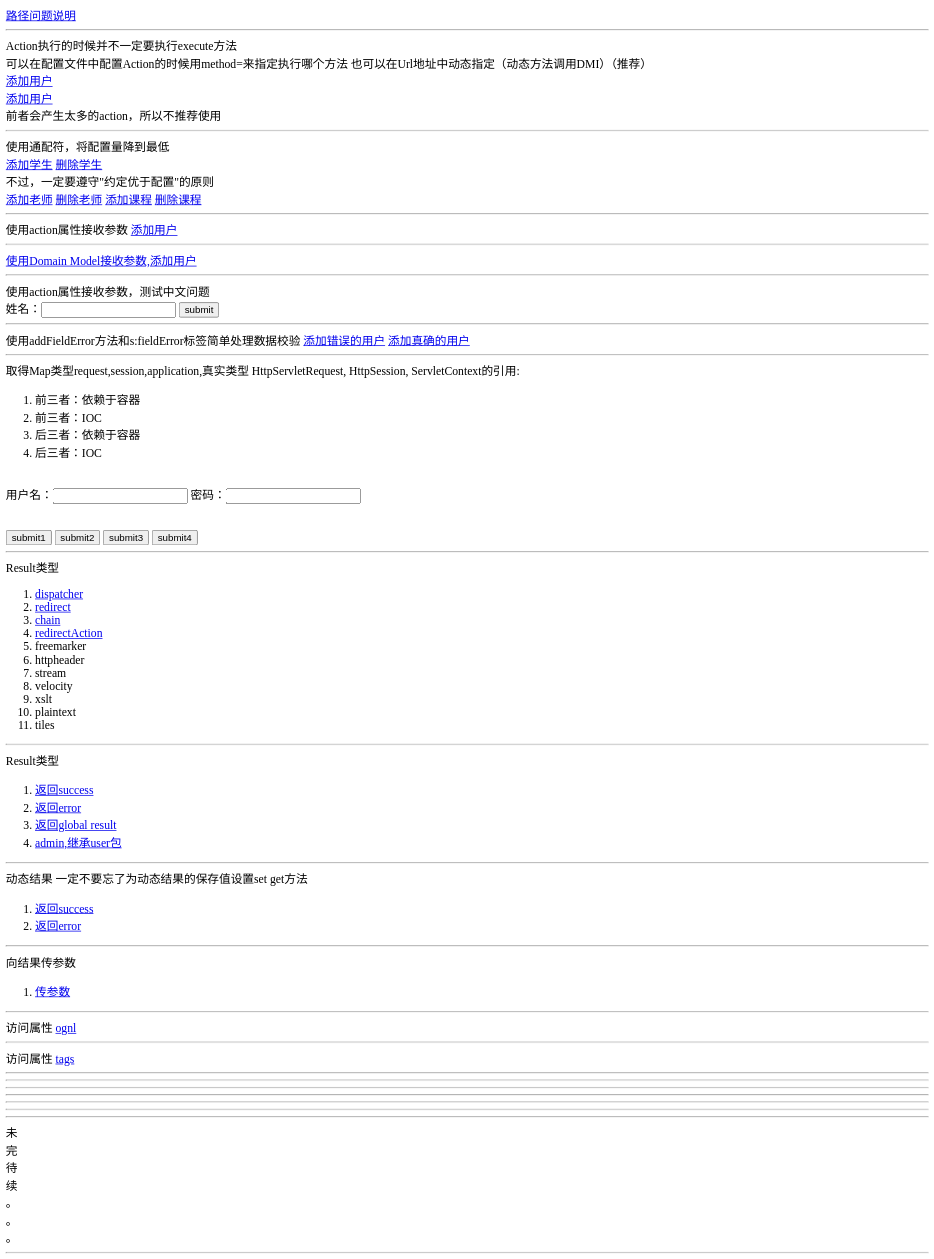
Repository: chellong/StrutsBasic
Page: http://localhost/Struts2.3Sx_1/
These files come from the project's save history. The page is drawn as it stood at one moment and after the next save; the edit follows.
The browser window is 1280 px wide. The pictures show the whole page, at 73% of full size.
The page is served by Tomcat 9. Nobody is signed in. The application's start-up code is not run. Other server files are loaded and not shown.

Above is the page before, as saved 2016-01-27 12:57:46.

### Struts2.3Sx_1/WebContent/index.jsp
<?xml version="1.0" encoding="utf-8" ?>
<%@ page language="java" contentType="text/html; charset=utf-8"
	pageEncoding="utf-8"%>

<%
	String path = request.getContextPath();
	String basePath = request.getScheme() + "://" + request.getServerName() + ":" + request.getServerPort()
			+ path + "/";
%>

<!DOCTYPE html PUBLIC "-//W3C//DTD XHTML 1.0 Transitional//EN" "http://www.w3.org/TR/xhtml1/DTD/xhtml1-transitional.dtd">

<html xmlns="http://www.w3.org/1999/xhtml">
<head>
<base href="<%=basePath%>" />
<meta http-equiv="Content-Type" content="text/html; charset=GB18030" />
<title>Insert title here</title>
</head>
<body>
	<a href="path/path.action">路径问题说明</a>
	<hr style="border: 1 dashed #987cb9" />
	Action执行的时候并不一定要执行execute方法
	<br /> 可以在配置文件中配置Action的时候用method=来指定执行哪个方法
	也可以在Url地址中动态指定（动态方法调用DMI）（推荐）
	<br />
	<a href="/user/userAdd">添加用户</a>
	<br />
	<a href="/user/user!add">添加用户</a>
	<br /> 前者会产生太多的action，所以不推荐使用

	<hr style="border: 1 dashed #987cb9" />

	使用通配符，将配置量降到最低
	<br />
	<a href="/actions/Studentadd">添加学生</a>
	<a href="/actions/Studentdelete">删除学生</a>
	<br /> 不过，一定要遵守"约定优于配置"的原则
	<br />
	<a href="/actions/Teacher_add">添加老师</a>
	<a href="/actions/Teacher_delete">删除老师</a>
	<a href="/actions/Course_add">添加课程</a>
	<a href="/actions/Course_delete">删除课程</a>

	<hr style="border: 1 dashed #987cb9" />
	使用action属性接收参数
	<a href="user/user_007?name=a&age=8">添加用户</a>

	<hr style="border: 1 dashed #987cb9" />
	<a href="user/user_008?user.name=a&user.age=8">使用Domain
		Model接收参数,添加用户</a>

	<!--中文问题 -->
	<hr style="border: 1 dashed #987cb9" />
	使用action属性接收参数，测试中文问题
	<form action="user/user_008" method="post">
		姓名：<input type="text" name="name"></input> <input type="submit"
			value="submit" />
	</form>
	<!--数据验证 -->
	<hr style="border: 1 dashed #987cb9" />
	使用addFieldError方法和s:fieldError标签简单处理数据校验
	<a href="user/user_009?name=a">添加错误的用户</a>
	<a href="user/user_009?name=admin">添加真确的用户</a>

	<hr style="border: 1 dashed #987cb9" />
	取得Map类型request,session,application,真实类型 HttpServletRequest,
	HttpSession, ServletContext的引用:
	<ol>
		<li>前三者：依赖于容器</li>
		<!--(只用这种) -->
		<li>前三者：IOC</li>
		<li>后三者：依赖于容器</li>
		<li>后三者：IOC</li>
	</ol>
	<br />
	<form name="f" action="" method="post">
		用户名：<input type="text" name="name" /> 密码：<input type="text"
			name="password" /> <br />
		<br/>
		<br/>
		<input type="button" value="submit1"
			onclick="javascript:document.f.action='login/login1';document.f.submit();" />
		<input type="button" value="submit2"
			onclick="javascript:document.f.action='login/login2';document.f.submit();" />
		<input type="button" value="submit3"
			onclick="javascript:document.f.action='login/login3';document.f.submit();" />
		<input type="button" value="submit4"
			onclick="javascript:document.f.action='login/login4';document.f.submit();" />
	</form>

	<hr style="border: 1 dashed #987cb9" />
	Result类型
	<ol>
	<li><a href="r/r1">dispatcher</a></li>
	<li><a href="r/r2">redirect</a></li>
	<li><a href="r/r3">chain</a></li>
	<li><a href="r/r4">redirectAction</a></li>
	<li>freemarker</li>
	<li>httpheader</li>
	<li>stream</li>
	<li>velocity</li>
	<li>xslt</li>
	<li>plaintext</li>
	<li>tiles</li>
	</ol>

	<hr style="border: 1 dashed #987cb9" />


	Result类型
	<ol>
		<li><a href="user/user_0016?type=1">返回success</a></li>
		<li><a href="user/user_0016?type=2">返回error</a></li>
		<li><a href="user/user_0016?type=3">返回global result</a></li>
		<li><a href="admin/admin">admin,继承user包</a></li>
	</ol>

	<hr style="border: 1 dashed #987cb9" />

	动态结果
	一定不要忘了为动态结果的保存值设置set get方法
	<ol>
	<li><a href="user/user_0017?type=1">返回success</a></li>
	<li><a href="user/user_0017?type=2">返回error</a></li>
	</ol>

	<hr style="border: 1 dashed #987cb9" />
	向结果传参数
	<ol>
	<li><a href="user/user_0018?type=1">传参数</a></li>
	</ol>

	<hr style="border: 1 dashed #987cb9" />
	访问属性
	<a href="ognl/ognl.action?username=u&password=p">ognl</a>

	<hr style="border: 1 dashed #987cb9" />
	访问属性
	<a href="tags/tag_2000?username=username&password=password">tags</a>

	<hr style="border: 1 dashed #987cb9" />

	<hr style="border: 1 dashed #987cb9" />
	<hr style="border: 1 dashed #987cb9" />
	<hr style="border: 1 dashed #987cb9" />
	<hr style="border: 1 dashed #987cb9" />
	<hr style="border: 1 dashed #987cb9" />
	<hr style="border: 1 dashed #987cb9" />
	未<br/>
	完<br/>
	待<br/>
	续<br/>
	。<br/>
	。<br/>
	。<br/>
	<hr style="border: 1 dashed #987cb9" />
</body>
</html>

After the next save:
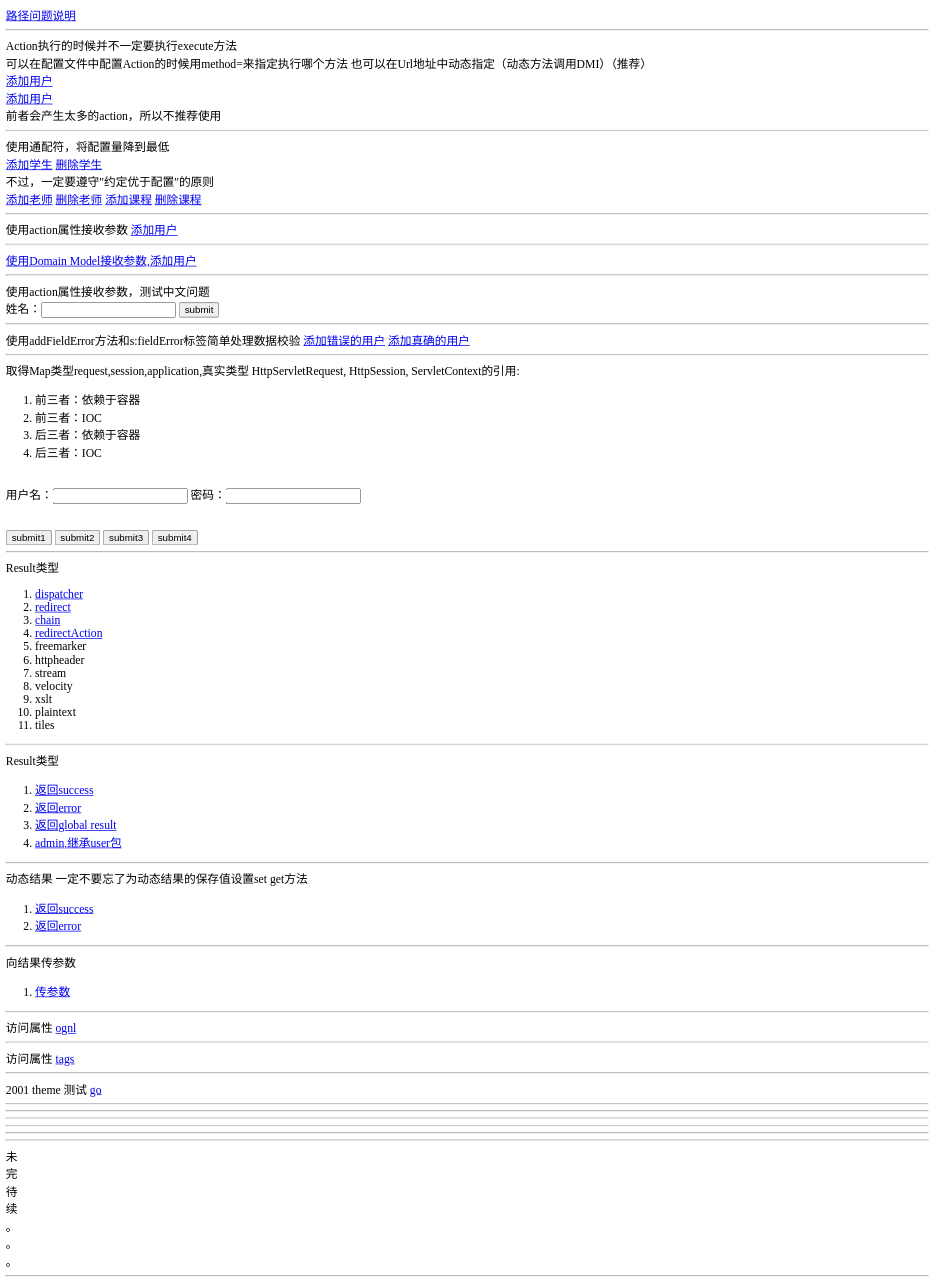
Saved 37 s later.
--- a/Struts2.3Sx_1/WebContent/index.jsp
+++ b/Struts2.3Sx_1/WebContent/index.jsp
@@ -139,6 +139,8 @@
 	<a href="tags/tag_2000?username=username&password=password">tags</a>
 
 	<hr style="border: 1 dashed #987cb9" />
+	2001 theme 测试
+	<a href="/theme.action">go</a>
 
 	<hr style="border: 1 dashed #987cb9" />
 	<hr style="border: 1 dashed #987cb9" />
